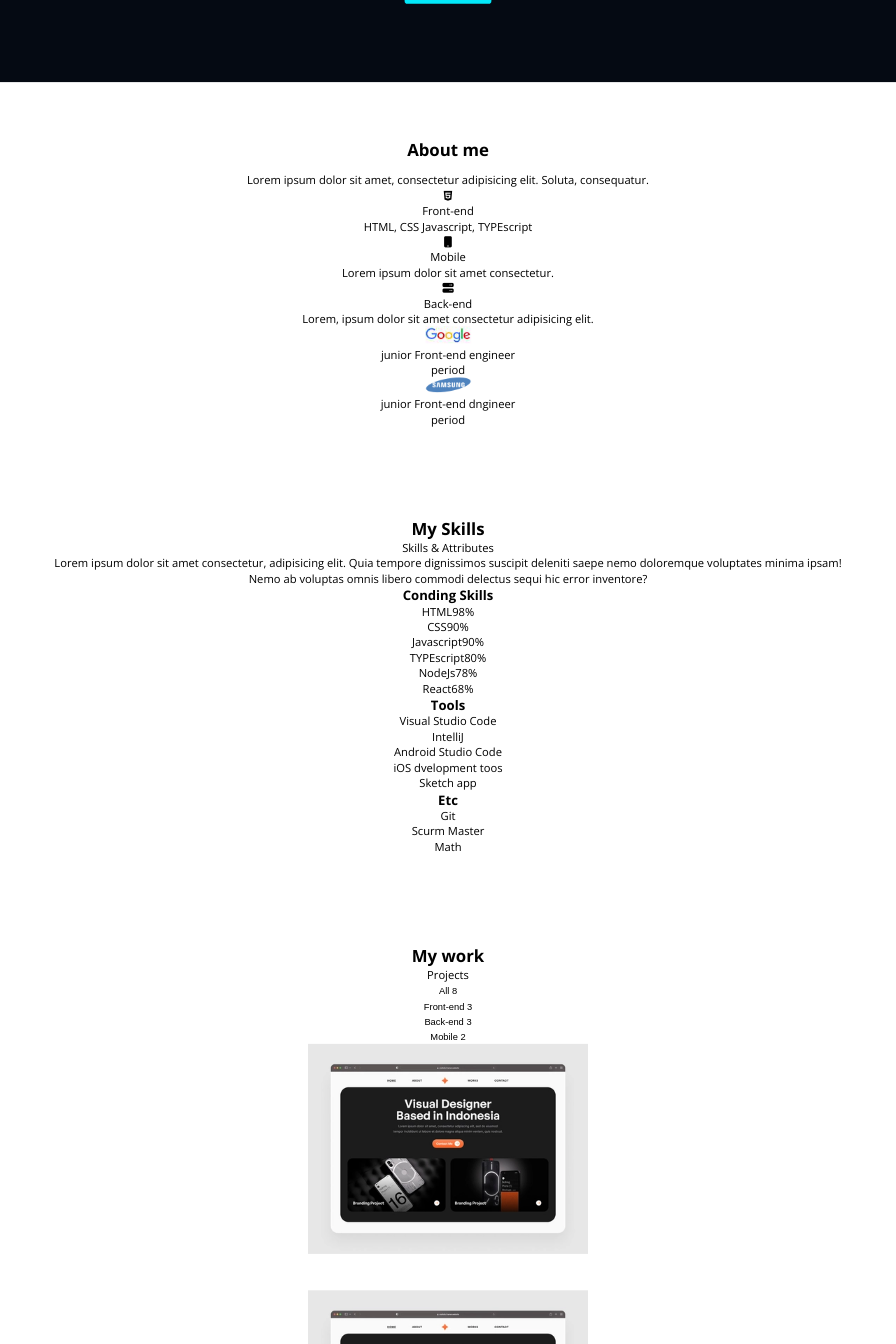
Repository: Arden-Sol/portfolio-website-clone-coding
Page: index.html
An editor plug-in stored every save of this project. The page is shown before and after the next save, followed by the edit.
The browser window is 1280 px wide. The pictures show the part of the page from y = 606 to 2526 px (the page is 6394 px tall before and 6405 px after), at 70% of full size.
Some web libraries are served in a nearby version.

Above is the page before, as saved 2024-03-26 21:31:51.

After the next save:
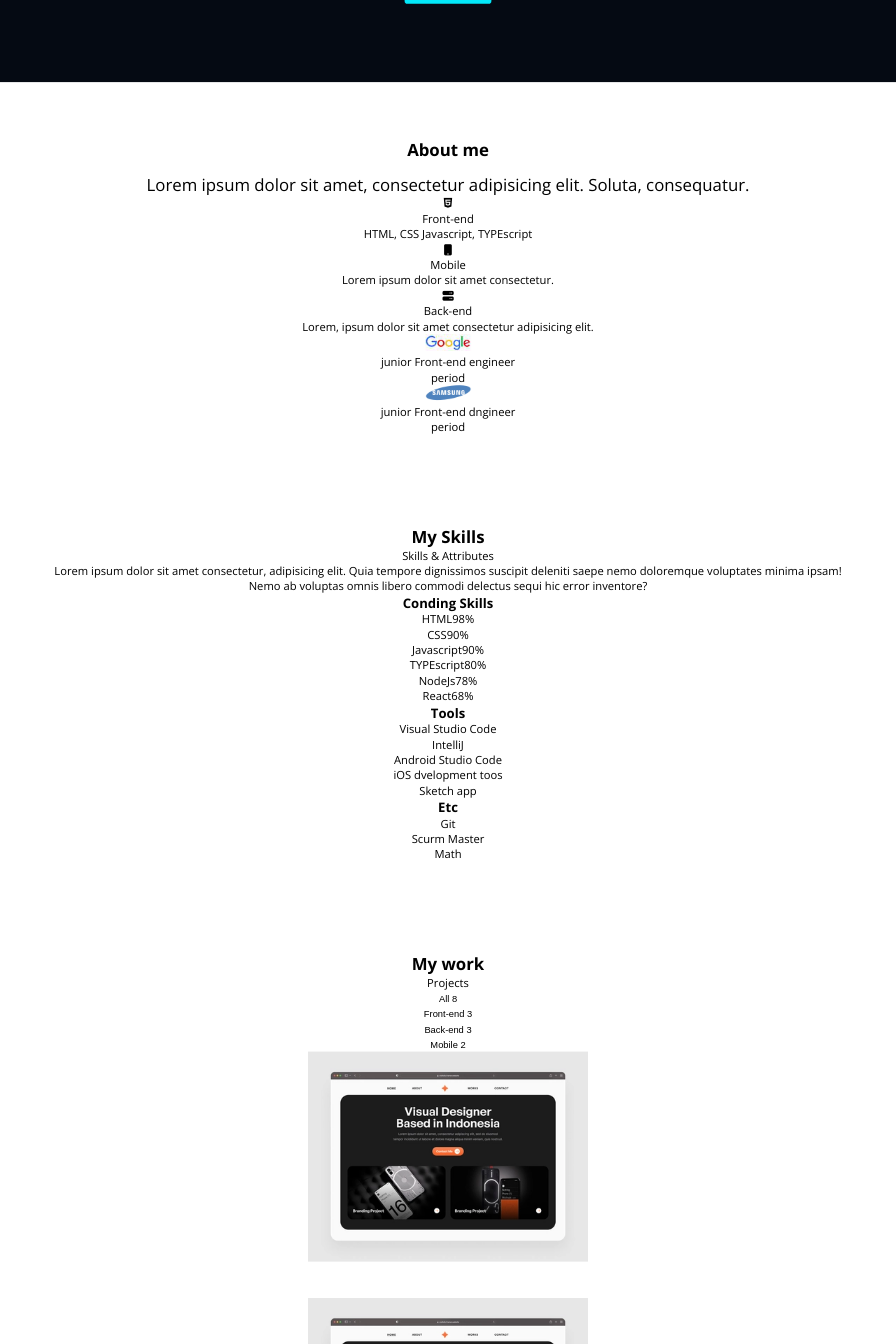
Saved 13 s later.
--- a/css/style.css
+++ b/css/style.css
@@ -56,6 +56,9 @@
 .title {
   font-size: 2.5;
   margin: 1rem 0;
+}
+.description {
+  font-size: 1.5rem;
 }
 
 
